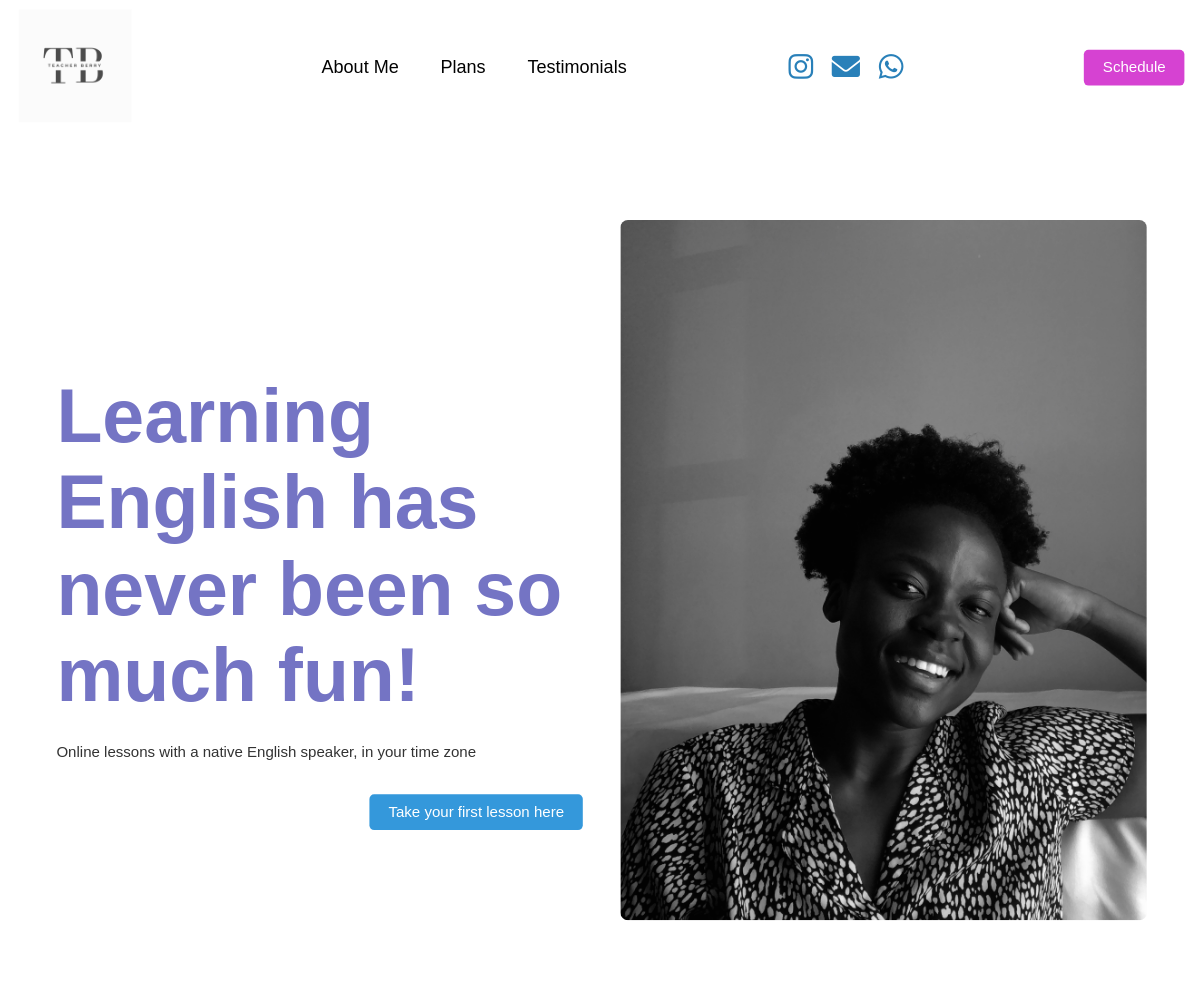
Repository: ntandomagana/esl-landing-page
Page: index.html
The author's editor kept a copy of each file at every save. The page is drawn from the files as they stood at one save, then again after a run of saves.
The browser window is 1280 px wide. The pictures show the whole page, at 94% of full size.

Above is the page before, as saved 2024-07-17 10:38:32.

After the next 2 saves:
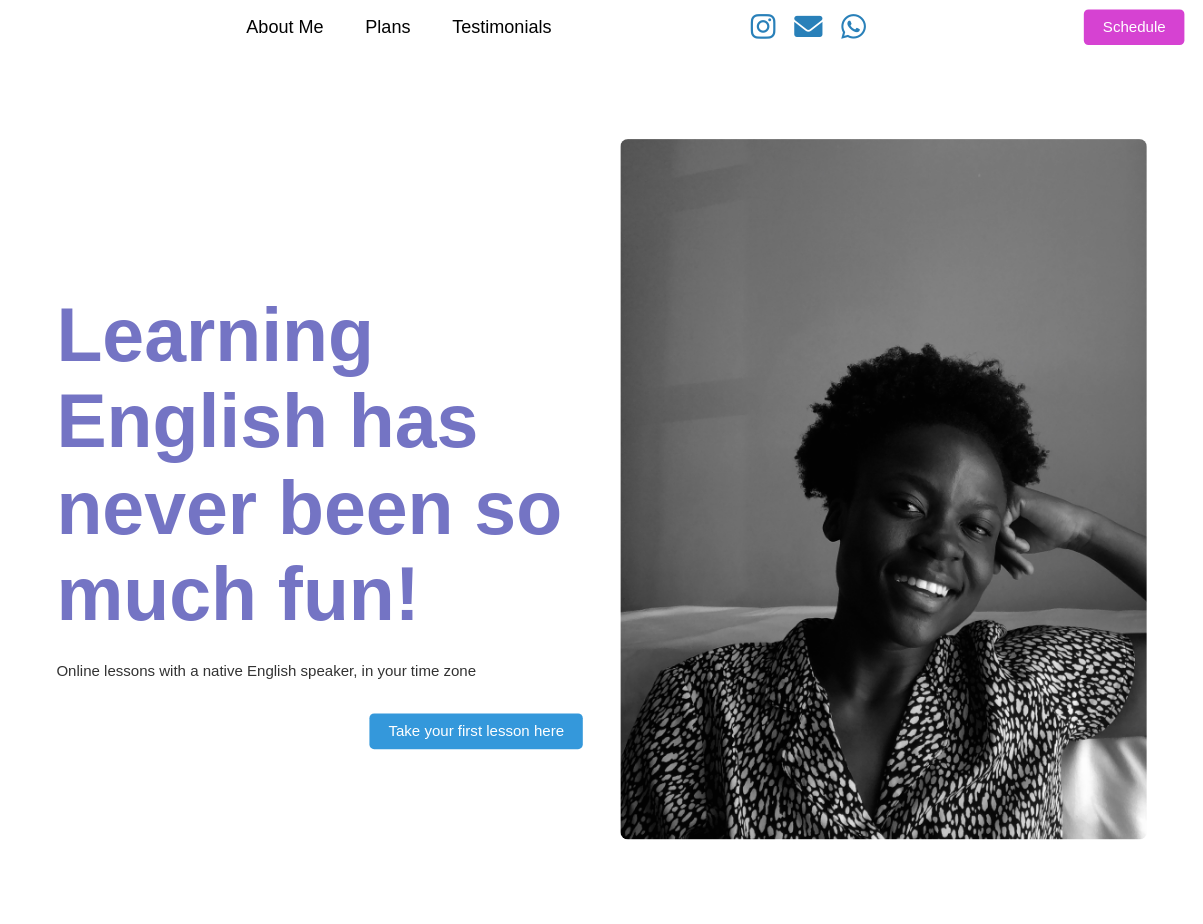
The 2 saves are shown as one change because they came seconds apart.
The last was saved 2 h 16 min later.
--- a/index.html
+++ b/index.html
@@ -13,7 +13,6 @@
     <header>
         <div class="header-container">
             <div class="logo">
-                <img src="./assets/teacher Berry.png" alt="Teaacher Berry Logo">
             </div>
             <nav>
                 <ul>
